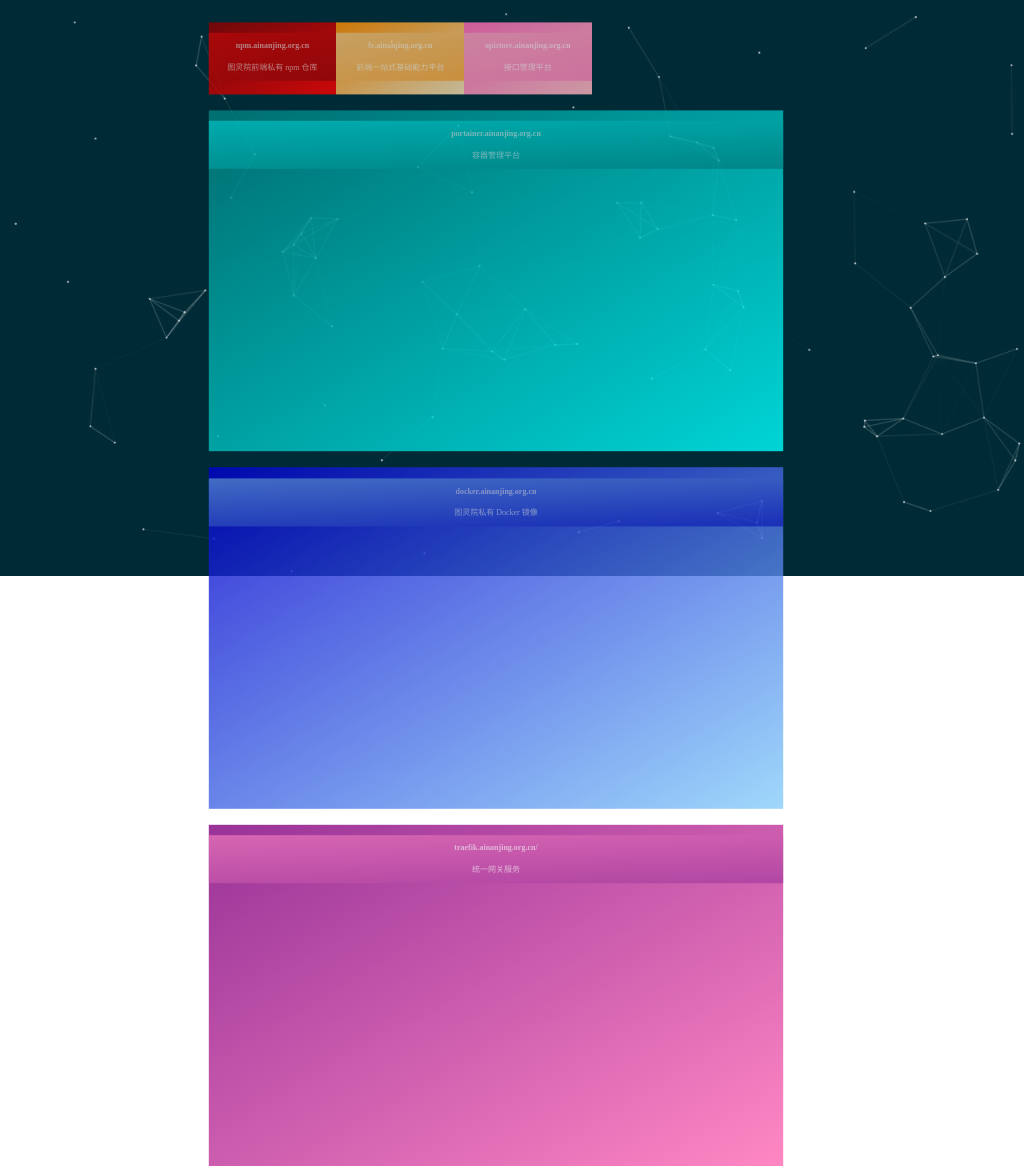
Repository: heweiwei1/portainer
Page: index.html
The author's editor kept a copy of each file at every save. The page is drawn from the files as they stood at one save, then again after the next save.
The browser window is 1280 px wide. The pictures show the whole page, at 80% of full size.

Above is the page before, as saved 2021-04-14 14:14:00.

After the next save:
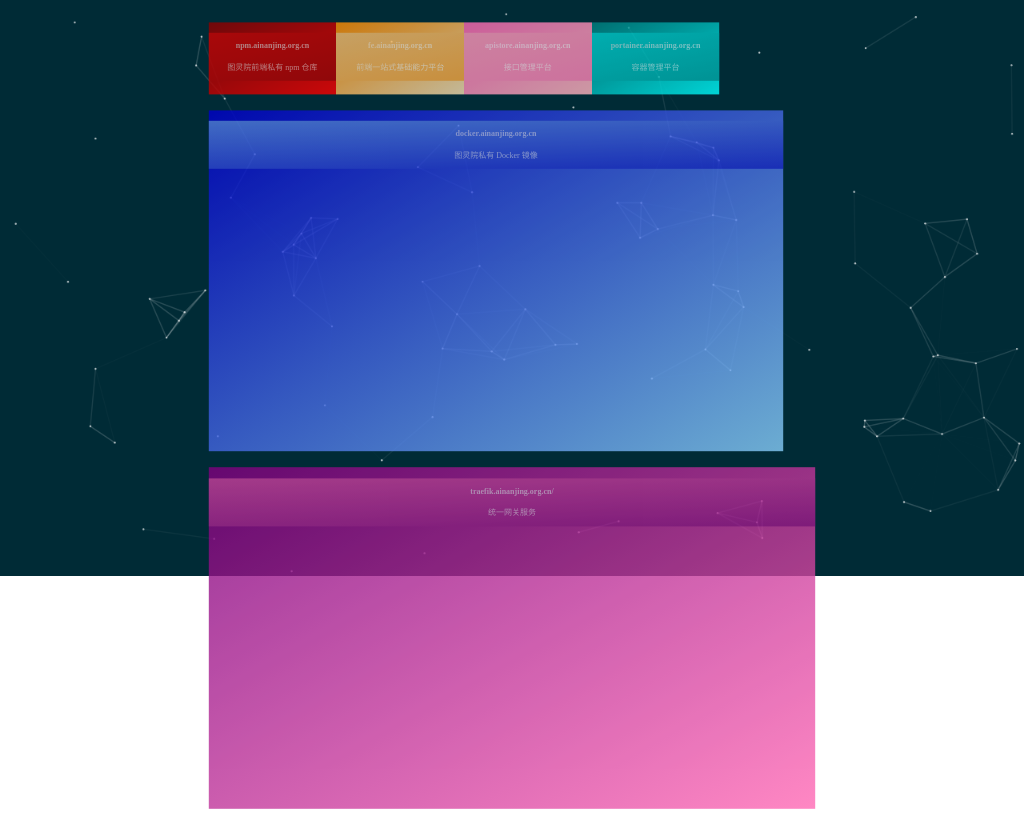
Saved 21 s later.
--- a/index.html
+++ b/index.html
@@ -25,7 +25,7 @@
               <p>前端一站式基础能力平台</p>
             </div>
       </a>
-  </div>
+    </div>
     <div class="box">
       <a class="demo1 demo-3" href="https://apistore.ainanjing.org.cn">
           <div class="trans">
@@ -33,14 +33,15 @@
             <p>接口管理平台</p>
           </div>
       </a>
-  </div>
-    <div class="box"></div>
-    <a class="demo1 demo-4" href="https://portainer.ainanjing.org.cn">
-        <div class="trans">
-          <h4>portainer.ainanjing.org.cn</h4>
-          <p>容器管理平台</p>
-        </div>
-    </a>
+    </div>
+    <div class="box">
+      <a class="demo1 demo-4" href="https://portainer.ainanjing.org.cn">
+          <div class="trans">
+            <h4>portainer.ainanjing.org.cn</h4>
+            <p>容器管理平台</p>
+          </div>
+      </a>
+    </div>
     <div class="box"></div>
     <a class="demo1 demo-5" href="https://docker.ainanjing.org.cn">
         <div class="trans">
